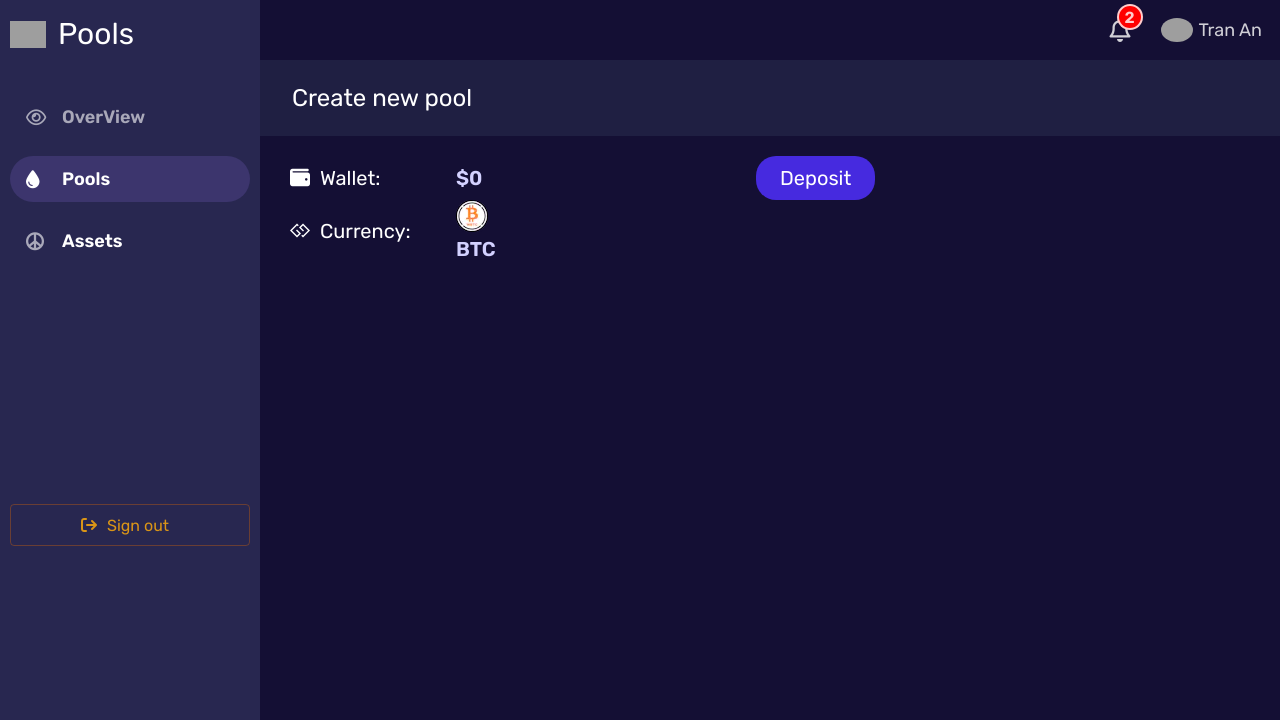
Repository: quynh232000/pools
Page: pool/create-pool.html
An editor plug-in stored every save of this project. The page is shown before and after the next save, followed by the edit.
The browser window is 1280 px wide. The pictures show the whole page.
Pictures or frames that could not be fetched are drawn as grey boxes.

Above is the page before, as saved 2023-07-14 00:29:17.

### pool/create-pool.html
<!DOCTYPE html>
<html lang="en">
  <head>
    <meta charset="UTF-8" />
    <meta name="viewport" content="width=device-width, initial-scale=1.0" />
    <title>Create Pool</title>

    <link rel="stylesheet" href="../src/css/base.css" />
    <link rel="stylesheet" href="../src/css/style.css" />
    <link rel="stylesheet" href="../src/css/pool.css" />
    <link rel="stylesheet" href="../src/css/create-pool.css" />
    <link
      rel="stylesheet"
      href="https://cdnjs.cloudflare.com/ajax/libs/font-awesome/6.4.0/css/all.min.css"
      integrity="sha512-iecdLmaskl7CVkqkXNQ/ZH/XLlvWZOJyj7Yy7tcenmpD1ypASozpmT/E0iPtmFIB46ZmdtAc9eNBvH0H/ZpiBw=="
      crossorigin="anonymous"
      referrerpolicy="no-referrer"
    />
  </head>
  <body>
    <div class="container">
      <div class="sidebar">
        <div class="sidebar-logo">
          <img src="https://sef-eco.vercel.app/assets/images/logo.png" alt="" />
          <span>Pools</span>
        </div>
        <div class="sidebar-items">
          <div class="sidebar-list">
            <div class="sidebar-item">
              <i class="fa-regular fa-eye"></i>
              <div class="sidebar-item-name">OverView</div>
            </div>
            <div class="sidebar-item sidebar-item-active">
              <i class="fa-solid fa-droplet"></i>
              <a href="/pool.html" class="sidebar-item-name">Pools</a>
            </div>
            <div class="sidebar-item">
              <i class="fa-solid fa-peace"></i>
              <a href="/index.html" class="sidebar-item-name">Assets</a>
            </div>
          </div>

          <div class="sidebar-sign-out">
            <i class="fa-solid fa-arrow-right-from-bracket"></i>
            <div class="sidebar-item-name">Sign out</div>
          </div>
        </div>
      </div>
      <div class="content">
        <div class="header">
          <div class="header-noti">
            <i class="fa-regular fa-bell"></i>
            <div class="header-noti-count">2</div>
          </div>
          <div class="header-user">
            <img
              src="https://static.vecteezy.com/system/resources/previews/002/002/257/original/beautiful-woman-avatar-character-icon-free-vector.jpg"
              alt=""
            />
            <div class="header-user-name">Tran An</div>
          </div>
        </div>
        <!-- body -->
        <div class="content-title">Create new pool</div>
        <div class="create-body">
          <div class="create-item">
            <i class="fa-solid fa-wallet"></i>
            <div class="create-item-title">Wallet:</div>
            <span>$0</span>
            <div class="create-btn">Deposit</div>
          </div>
          <div class="create-item">
            <i class="fa-brands fa-gg"></i>
            <div class="create-item-title">Currency:</div>
            <div class="create-select-type-money">
              <span>
                <img src="../src/img/btc.png" alt="" />
                <div class="type-money-name">BTC</div>
              </span>
            </div>
          </div>
        </div>
      </div>
    </div>
  </body>
</html>

### src/css/base.css
@import url('https://fonts.googleapis.com/css2?family=Rubik:wght@300;400;500;600;700&display=swap');
 :root{
    --primary-color:#fff;
    --text-color:#fff;
    --text-1-color:rgb(211, 209, 255);
    --bg-color:#140f34;
    --bg-item-color:#282750;

 }
*{
    box-sizing: inherit;
}
html,body{
    box-sizing: border-box;
    margin: 0;
    padding: 0;
    font-family: 'Rubik', sans-serif;
    color: var(--text-color);
}
a{
    color: white;
    text-decoration: none;
}

### src/css/style.css
.container{
    width: 100%;
    min-height: 100vh;
    background-color: var(--bg-color);
    display: flex;
}
.sidebar{
    width: 20%;
    min-width: 260px;
    max-width: 400px;
    display: flex;
    flex-direction: column;
    min-height: 100vh;
    background-color: var(--bg-item-color);
}
.sidebar-logo{
    display: flex;
    width: 100%;
    align-items: center;
    padding: 16px 10px;
}
.sidebar-logo img{
    width: 15%;
}
.sidebar-logo span{
    font-size: 30px;
    color: var(--primary-color);
    margin-left: 12px;

}
.sidebar-items{
    padding: 26px 10px;
    display: flex;
    flex-direction: column;
    justify-content: space-between;
    min-height: 70vh;
}
.sidebar-list{

}
.sidebar-item{
    font-size: 18px;
    display: flex;
    align-items: center;
    padding: 12px 16px;
    border-radius: 40px;
    color: rgb(255 255 255/.6);
    margin-bottom: 16px;
    font-weight: 600;
    transition: color .3s;
}
.sidebar-item:hover{
    cursor: pointer;
    color: rgb(255 255 255/.8);
}
.sidebar-item-active{
    background-color:#3c356d ;
    color: var(--text-color);
}
.sidebar-item i{
    min-width: 36px;
}
.sidebar-sign-out{
    display: flex;
    align-items: center;
    color: rgb(218, 149, 23);
    text-align: center;
    border: 1px solid rgba(202, 98, 12,.4);
    justify-content: center;
    padding-right: 10px;
    border-radius: 4px;
    transition: color border .3s;
}
.sidebar-sign-out:hover{
    cursor: pointer;
    color: rgb(253, 166, 5);
    border: 1px solid rgba(202, 98, 12,.5);
}
.sidebar-sign-out i{
    margin-right: 10px;
    padding: 12px 0;
}

.content{
    width: 85%;
    min-height: 100vh;
    /* background-color: var(--bg-color); */
}
.header{
    display: flex;
    justify-content: flex-end;
    padding: 18px;
    color: rgb(255 255 255/.8);
    align-items: center;
}
.header-user{
    display: flex;
    align-items: center;
    font-size: 18px;

}
.header-user img {
    width: 32px;
    border-radius: 50%;
    margin-right: 6px;
}
.header-noti{
    display: flex;
    margin-right: 30px;
    font-size: 20px;
    position: relative;
    font-size: 24px;
}
.header-noti-count{
    width: 26px;
    height: 26px;
    position: absolute;
    top: -14px;
    left: 7px;
    border: 2px solid  rgb(255 255 255/.8);
    text-align: center;
    border-radius: 50%;
    font-size: 16px;
    display: flex;
    align-items: center;
    justify-content: center;
    background-color: var(--bg-color);
    background-color: red;
    font-weight: 600;

}
.content-title{
    background-color: #1f1f42;
    padding: 24px 32px;
    font-size: 24px;
}
.content-list{
    display: flex;
    flex-direction: column;
    align-items: center;
    padding: 0 40px;
}
.content-list-body{
    width: 100%;
    margin-top: 20px;

}
.content-nav{
    width: 100%;
    display: flex;
    justify-content: space-between;
    padding: 12px 26px;
    margin: 10px 0;
    transition: background-color .2s ;
}
.content-nav:hover{
    background-color: #2d2d44;
}
.nav-left{
    width: 50%;
    display: flex;
    align-items: center;
    justify-content: space-between;
    font-size: 22px;

}
.nav-left-info{
    display: flex;
    align-items: center;
}
.nav-left-info img{
    width: 32px;
    margin-right: 8px;
}
.nav-left-name{
    font-size: 22px;
}
.nav-left-balance{
    display: flex;
    flex-direction: column;
    align-items: center;
    flex: 1;
}
.nav-left-balance span:nth-child(2){
    font-size: 20px;
    color: #a8a8a8;
}


.nav-right{
    width: 40%;
    display: flex;
    justify-content: space-between;
    align-items: center;
    color: #b3b1fd;
}
.nav-right span{
    transition: color .3s;
}
.nav-right span i{
    font-size: 16px !important;
    margin-left: 4px;
}
.nav-right span:hover{
    color:#f8c2b0;
    cursor: pointer;
}
.nav-text{
    color: #b3b1fd;
    font-size: 20px;
}
.nav-right .nav-tex:hover{
    color: #b3b1fd !important;
    cursor: no-drop;
}

### src/css/pool.css
.p-content-body{
    width: 100%;
    display: flex;
    flex-wrap: wrap;
    padding: 20px 10px;
}
.content-item-wrapper{
    width: 33.333%;
    padding: 10px ;
}
.p-content-item{
    border-radius: 6px;
    background-color: var(--bg-item-color);
    padding: 14px;
    transition: background-color .3s ease;
}
.p-content-item:hover{
    background-color: #2e2e60;
}
.p-content-item-top{
    display: flex;
    align-items:flex-start;

}
.p-content-item-img{
    margin-right: 6px;
}
.p-content-item-top-info{
    display: flex;
    flex-direction: column;
}
.p-content-item-top-info span{
    padding-top: 4px;
}
.p-content-item-top-info p{
    margin: 4px 0 10px 0;
    color: #a7a3a3;
}
.p-content-item-bottom{
    display: flex;
}
.p-item-type{
    margin-right: 10px;
    padding: 0 8px;
    text-align: center;
}
.p-item-type:first-child{
    border-right: 1px solid gray;
    padding-right: 16px;
}
.p-item-type span{
    font-size: 14px;
    color: #a7a3a3;
    /* font-weight: 600; */
}
.p-item-type p{
    margin: 0;
}
.add-pool{
    display: flex;
    flex-direction: column;
    align-items: center;
    font-size: 20px;
    min-height: 122px;
    justify-content: center;
}
.add-pool i{
    font-size: 26px;
    margin-bottom: 6px;
}

### src/css/create-pool.css
.create-body{
    width: 100%;
    display: flex;
    flex-direction: column;
    padding: 20px 30px;
}
.create-item{
    display: flex;
    font-size: 20px;
    align-items: center;
}
.create-item-title{
    margin: 0 16px 0 10px;
    min-width: 120px;

}
.create-item span{
    color: var(--text-1-color);
    min-width: 300px;
    font-weight: 600;
}
.create-btn{
    background-color: rgb(70, 42, 223);
    padding: 10px 24px;
    border-radius: 20px;
    display: flex;
    justify-content: center;
    align-items: center;
    transition: background-color .3s ease;
}
.create-btn:hover{
    background-color: #6a67ea;
    cursor: pointer;
}

After the next save:
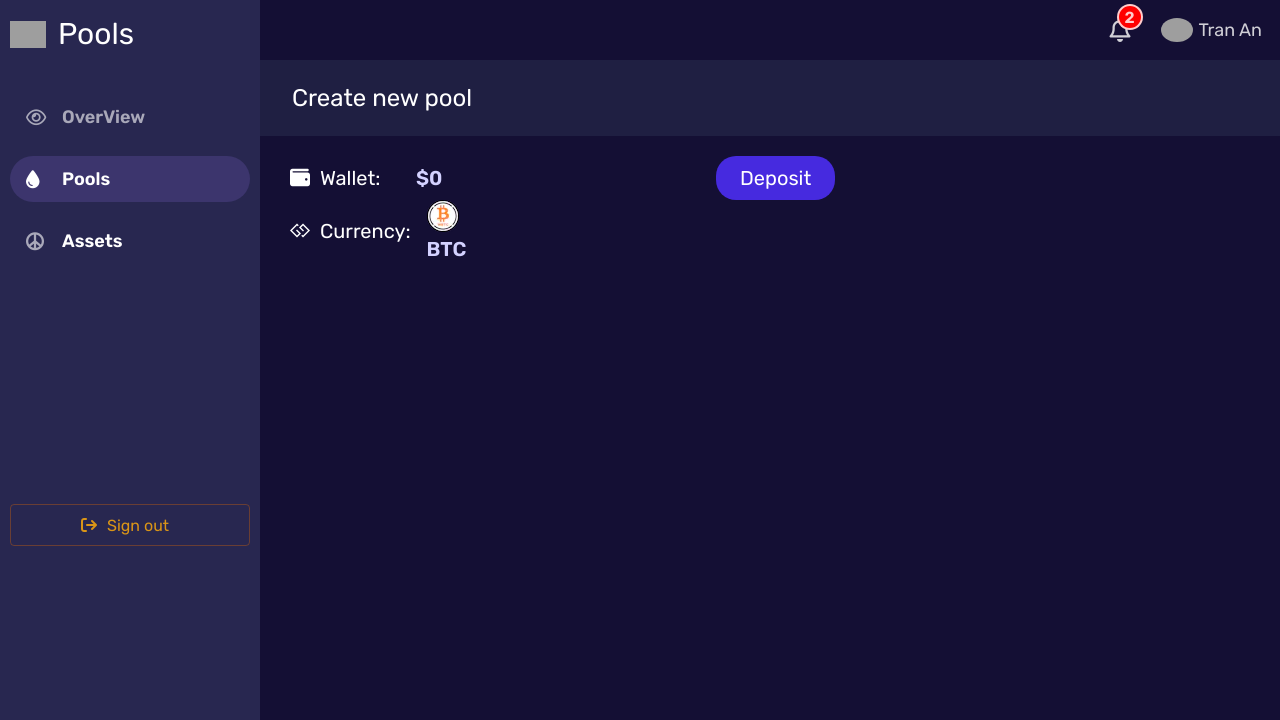
Saved 10 s later.
--- a/src/css/create-pool.css
+++ b/src/css/create-pool.css
@@ -11,7 +11,7 @@
 }
 .create-item-title{
     margin: 0 16px 0 10px;
-    min-width: 120px;
+    min-width: 80px;
 
 }
 .create-item span{
